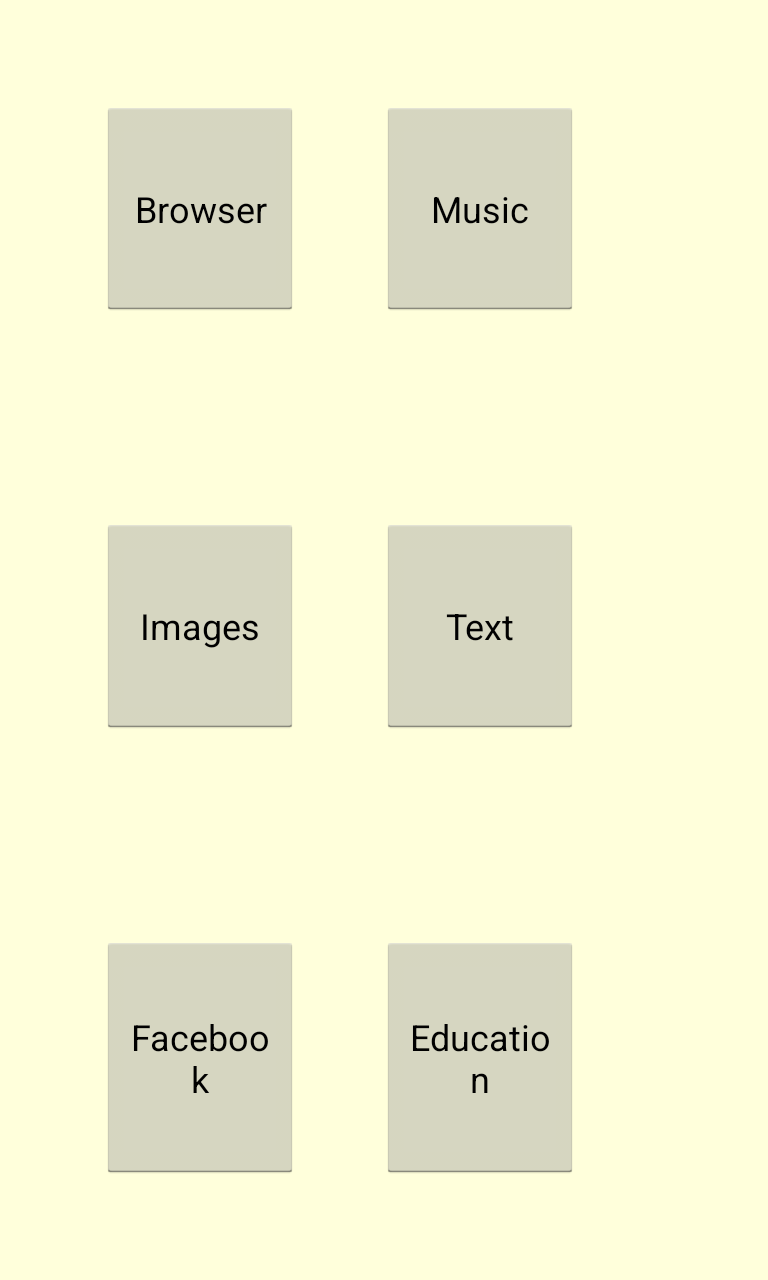
Repository: AnithaGorli/Android
Layout: ImplicitIntent/RequestApplication/res/layout/request.xml
The author's editor kept a copy of each file at every save. The layout is drawn from the files as they stood at one save, then again after the next save.
It is drawn on a 768 x 1280 px phone screen (xhdpi) without system bars, with theme AppTheme; the app's code is not run.

Above is the layout before, as saved 2014-09-12 07:38:34.

### ImplicitIntent/RequestApplication/res/layout/request.xml
<?xml version="1.0" encoding="utf-8"?>
<LinearLayout xmlns:android="http://schemas.android.com/apk/res/android"
    android:layout_width="match_parent"
    android:layout_height="match_parent"
    android:orientation="vertical"
     android:background="#FFFFDB"
    android:weightSum="3" >

    <LinearLayout
        android:id="@+id/l1"
        android:layout_width="match_parent"
        android:layout_height="wrap_content"
        android:layout_margin="30dp"
        android:layout_weight="1"
        android:orientation="horizontal" >

        <Button
            android:id="@+id/browser_btn"
            android:layout_width="100dp"
            android:layout_height="match_parent"
            android:layout_margin="20dp"
            android:text="@string/browser"
             />

        <Button
            android:id="@+id/music_btn"
            android:layout_width="100dp"
            android:layout_height="match_parent"
            android:layout_margin="20dp"
             android:text="@string/music"
            />
    </LinearLayout>

    <LinearLayout
        android:id="@+id/l2"
        android:layout_width="match_parent"
        android:layout_height="wrap_content"
        android:layout_margin="30dp"
        android:layout_weight="1"
        android:orientation="horizontal" >

        <Button
            android:id="@+id/images_btn"
            android:layout_width="100dp"
            android:layout_height="match_parent"
            android:layout_margin="20dp"
             android:text="@string/images"
            />

        <Button
            android:id="@+id/text_btn"
            android:layout_width="100dp"
            android:layout_height="match_parent"
            android:layout_margin="20dp"
             android:text="@string/text"
           />
    </LinearLayout>


    <LinearLayout
        android:id="@+id/l3"
        android:layout_width="match_parent"
        android:layout_height="wrap_content"
        android:layout_margin="30dp"
        android:layout_weight="1"
        android:orientation="horizontal" >

        <Button
            android:id="@+id/facebook_btn"
            android:layout_width="100dp"
            android:layout_height="match_parent"
            android:layout_margin="20dp"
             android:text="@string/facebook"
            />

        <Button
            android:id="@+id/education_btn"
            android:layout_width="100dp"
            android:layout_height="match_parent"
            android:layout_margin="20dp"
             android:text="@string/education"
           />
    </LinearLayout>






</LinearLayout>

### ImplicitIntent/RequestApplication/res/values/strings.xml
<resources>

    <string name="app_name">RequestApplication</string>
    <string name="browser">Browser</string>
<string name="music">Music</string>
<string name="facebook">Facebook</string>
<string name="education">Education</string>
<string name="text">Text</string>
<string name="images">Images</string>
<string name="none">No Data Available</string>

</resources>

Loaded but not shown: ImplicitIntent/RequestApplication/res/values/styles.xml (common file); ImplicitIntent/RequestApplication/res/values-v11/styles.xml (common file); ImplicitIntent/RequestApplication/res/values-v14/styles.xml (common file)

After the next save:
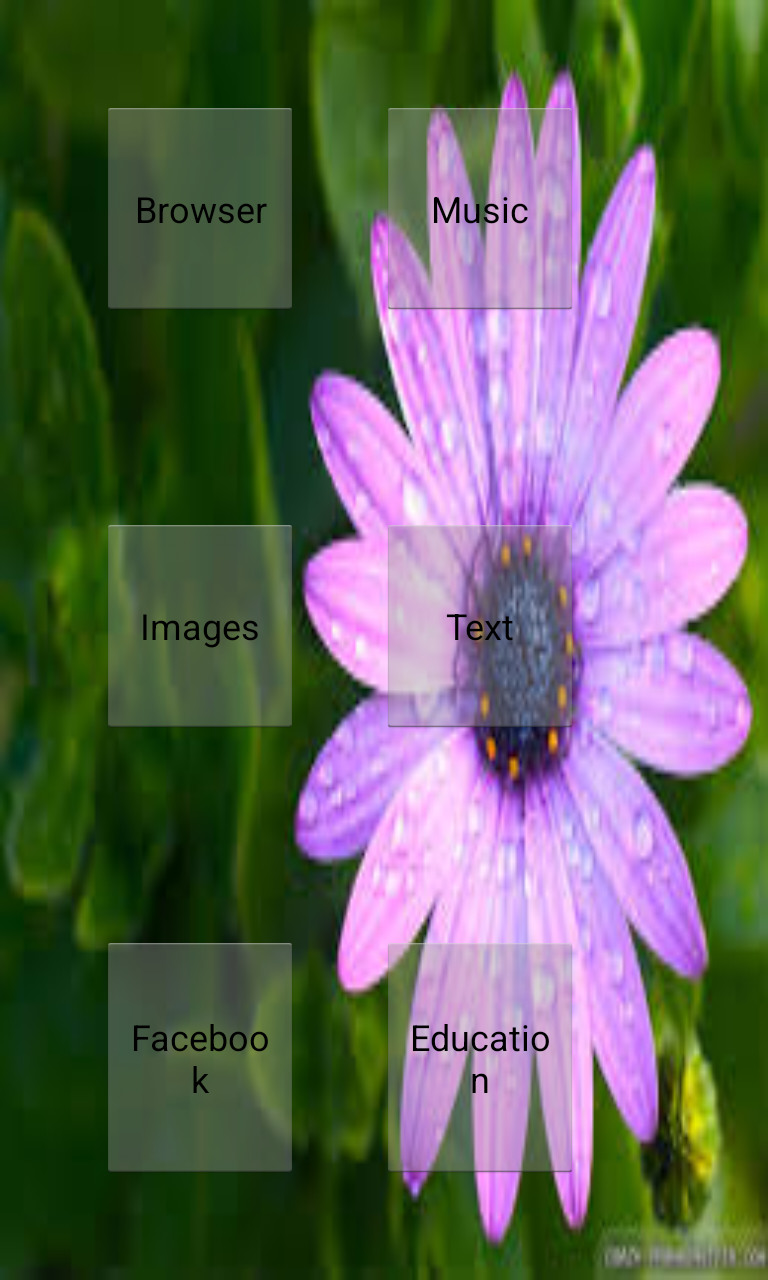
Saved 3 min 37 s later.
--- a/ImplicitIntent/RequestApplication/res/layout/request.xml
+++ b/ImplicitIntent/RequestApplication/res/layout/request.xml
@@ -3,7 +3,7 @@
     android:layout_width="match_parent"
     android:layout_height="match_parent"
     android:orientation="vertical"
-     android:background="#FFFFDB"
+     android:background="@drawable/back"
     android:weightSum="3" >
 
     <LinearLayout
